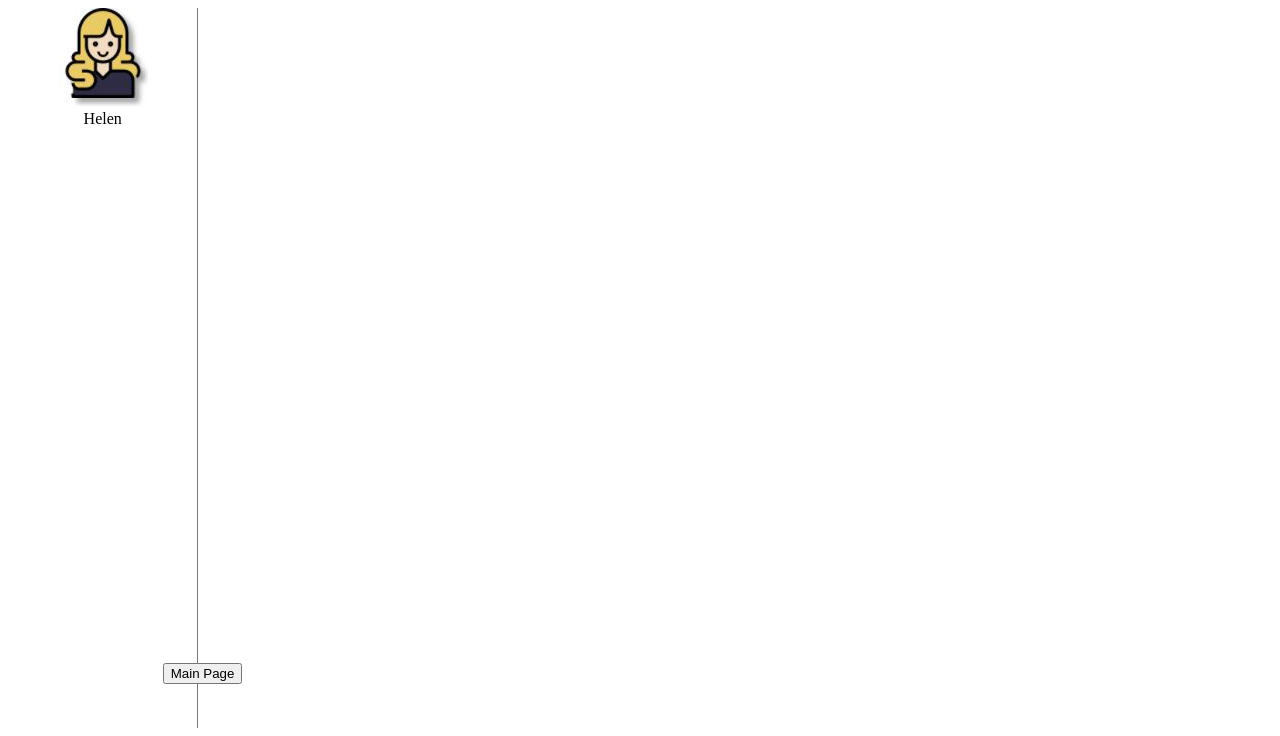
Repository: Team-Extrememe/Online-Study-Room
Page: profile.html
These files come from the project's save history. The page is drawn as it stood at one moment and after the next save; the edit follows.
The browser window is 1280 px wide. The pictures show the whole page.

Above is the page before, as saved 2021-10-17 13:51:07.

After the next save:
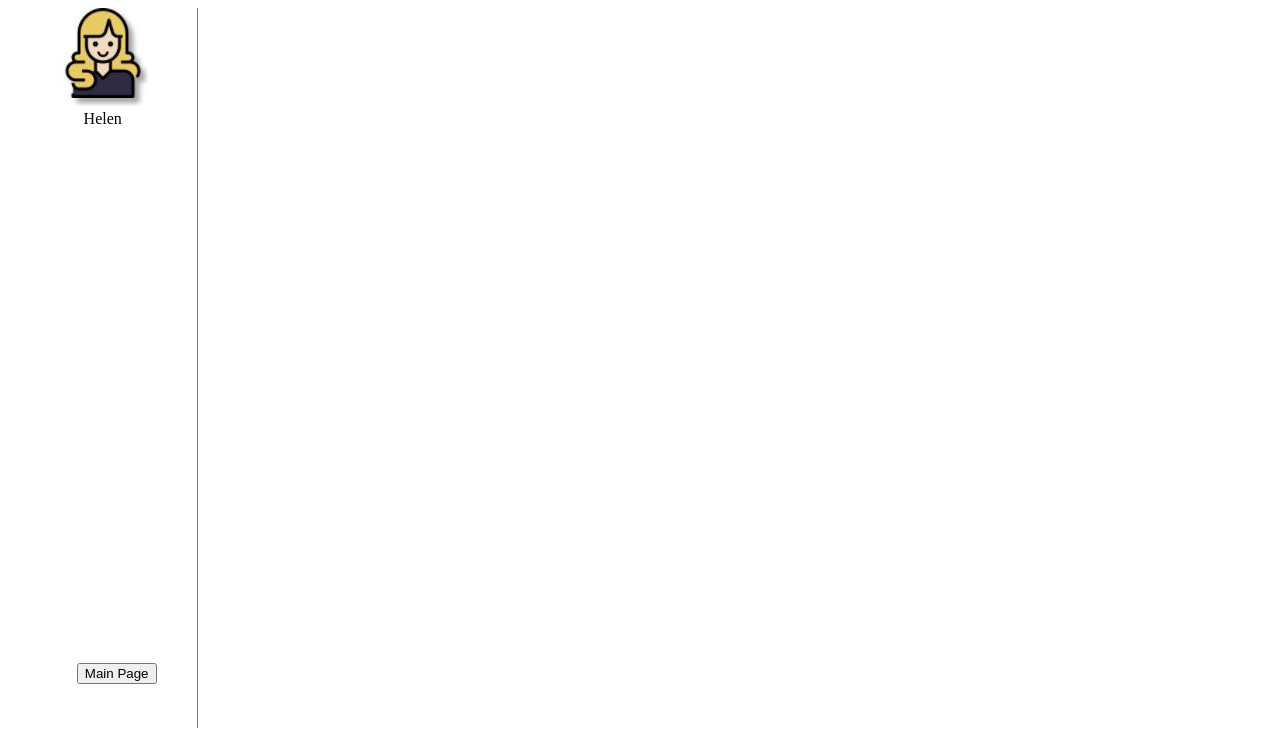
Saved 25 s later.
--- a/css/profile.css
+++ b/css/profile.css
@@ -30,4 +30,5 @@
 .main_button{
     position: absolute;
     bottom: 5%;
+    left: 6%;
 }
